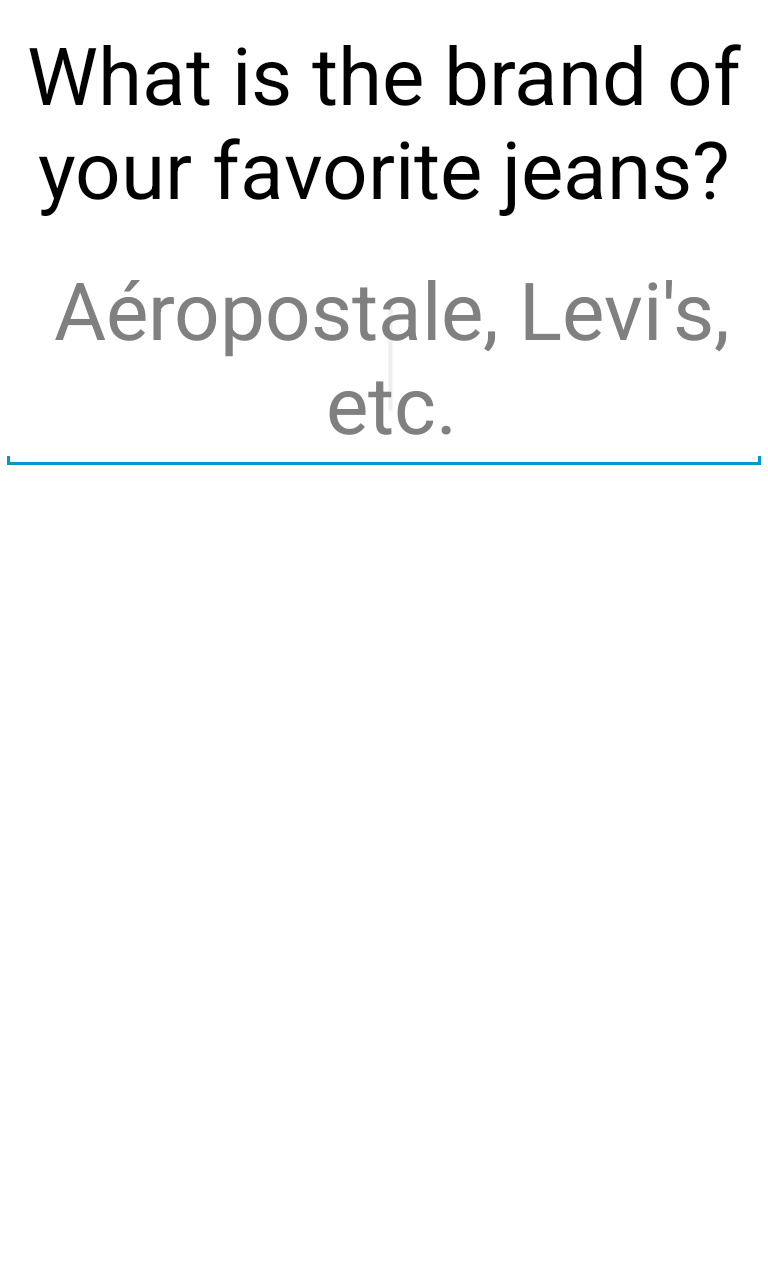
Repository: jLoven/FitMe_testing01
Layout: FitMe/FitMe/res/layout/pick_size.xml
These files come from the project's save history. The layout is drawn as it stood at one moment and after the next save; the edit follows.
It is drawn on a 768 x 1280 px phone screen (xhdpi) without system bars, with theme AppTheme; the app's code is not run.

Above is the layout before, as saved 2014-03-11 21:41:50.

After the next save:
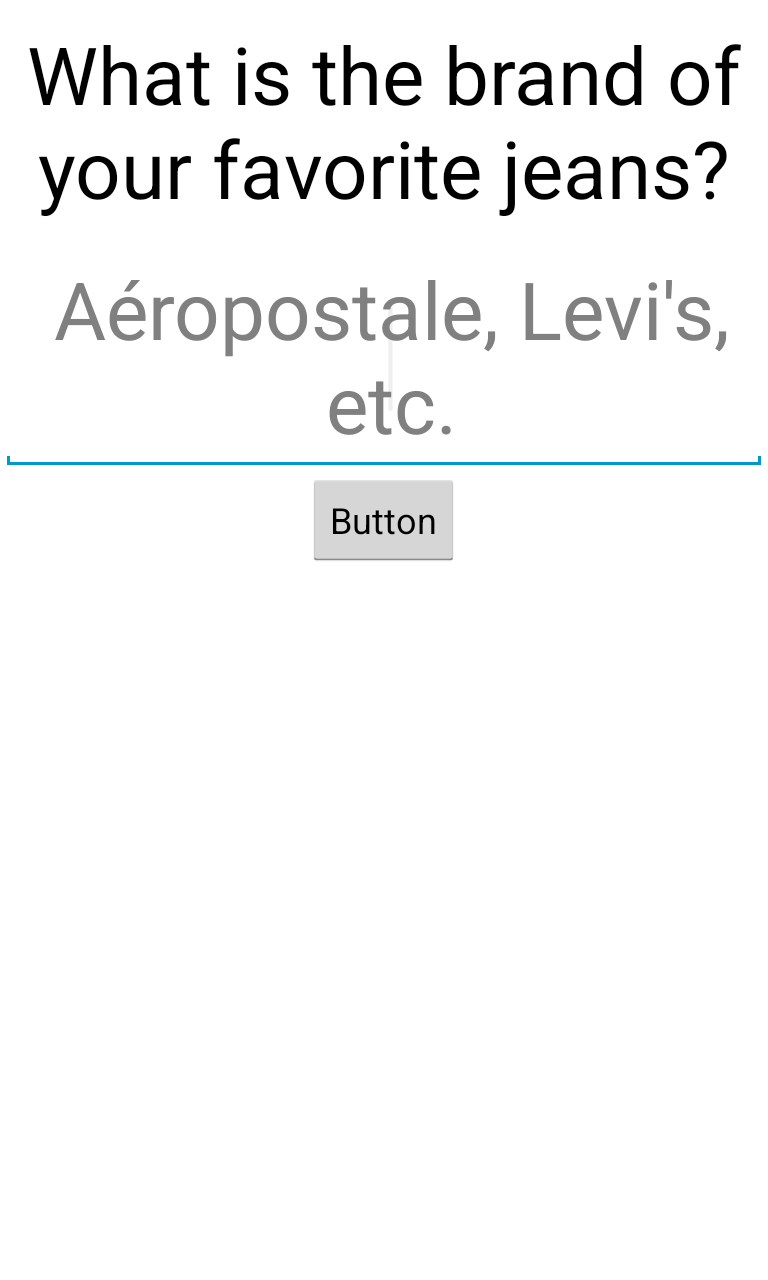
Saved 4 h 33 min later.
--- a/FitMe/FitMe/res/layout/pick_size.xml
+++ b/FitMe/FitMe/res/layout/pick_size.xml
@@ -29,4 +29,19 @@
         <requestFocus />
     </AutoCompleteTextView>
 
+    <LinearLayout
+        android:layout_width="match_parent"
+        android:layout_height="wrap_content"
+        android:orientation="vertical"
+        android:gravity="center"
+         >
+
+        <Button
+            android:id="@+id/button1"
+            android:layout_width="wrap_content"
+            android:layout_height="wrap_content"
+            android:text="Button" />
+
+    </LinearLayout>
+
 </LinearLayout>
